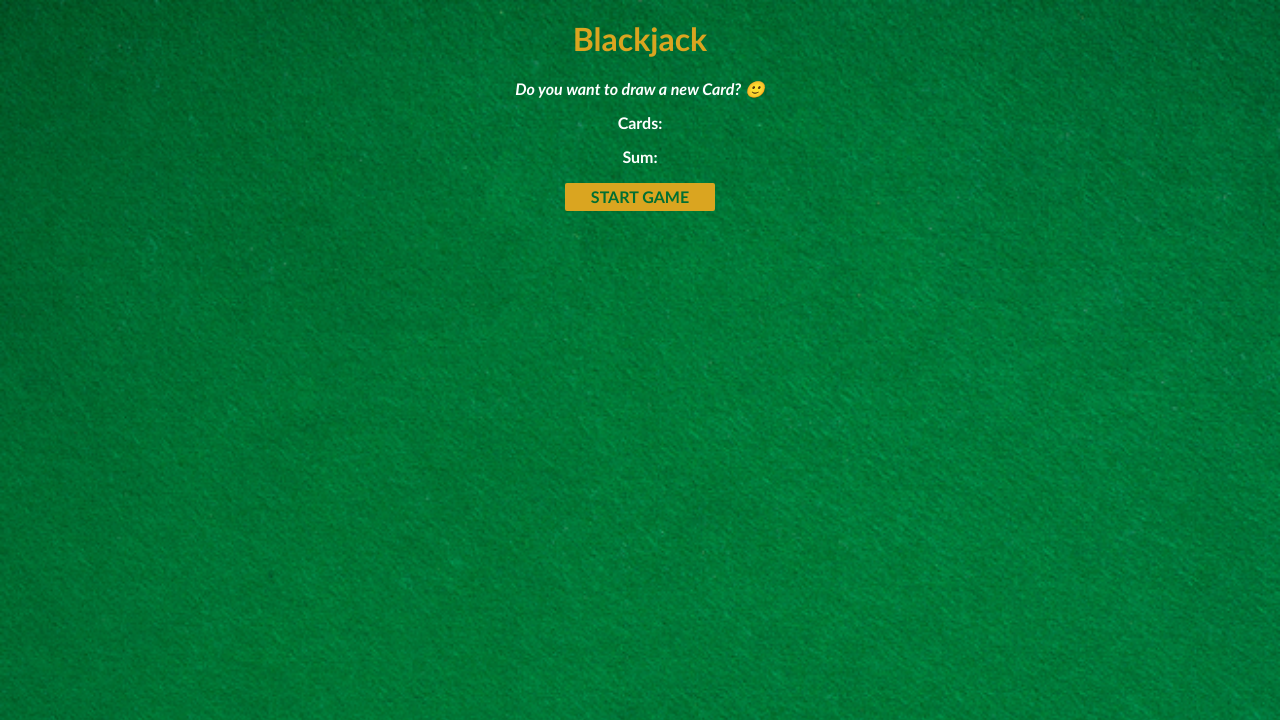
Repository: jt010051/JavaScriptBlackJack
Page: index.html
These files come from the project's save history. The page is drawn as it stood at one moment and after the next save; the edit follows.
The browser window is 1280 px wide. The pictures show the whole page.
After loading, the first visible `button` was clicked once.

Above is the page before, as saved 2022-02-26 18:17:27.

### index.css
/* Complete the CSS styling according to the provided design */

body {
  font-family: 'Trebuchet MS', 'Lucida Sans Unicode', 'Lucida Grande', 'Lucida Sans', Arial, sans-serif;
  background-image: url("images/table.png");
  background-size: cover;
  text-align: center;
  color: white;

  font-weight: bold;

}

h1 {
    color: goldenrod;
}

#message-el {
    font-style: italic;
}
button {
    color: #016f32;
    width: 150px;
    background: goldenrod;
    padding-top: 5px;
    padding-bottom: 5px;
    font-weight: bold;
    border: none;
    border-radius: 2px;
}

### index.js
let firstCard = 10;

let secondCard = 1 ;

let sum = firstCard+secondCard;

let hasBlackJack =false;
let isAlive = true;
let message =""
let messageEl = document.getElementById("message-el")

function startGame(){
    if(sum <= 20){

        message = "Do you want to draw a new Card? 🙂";
        }
        else if (sum === 21){
            message ="Wohoo! You've got Blackjack! 🥳";
        hasBlackJack = true
        }
        else{
            message ="Youre out of the game! 😢";
            isAlive =false;
        }
messageEl.textContent=message
}

Loaded but not shown: index.html (common file)

After the next save:
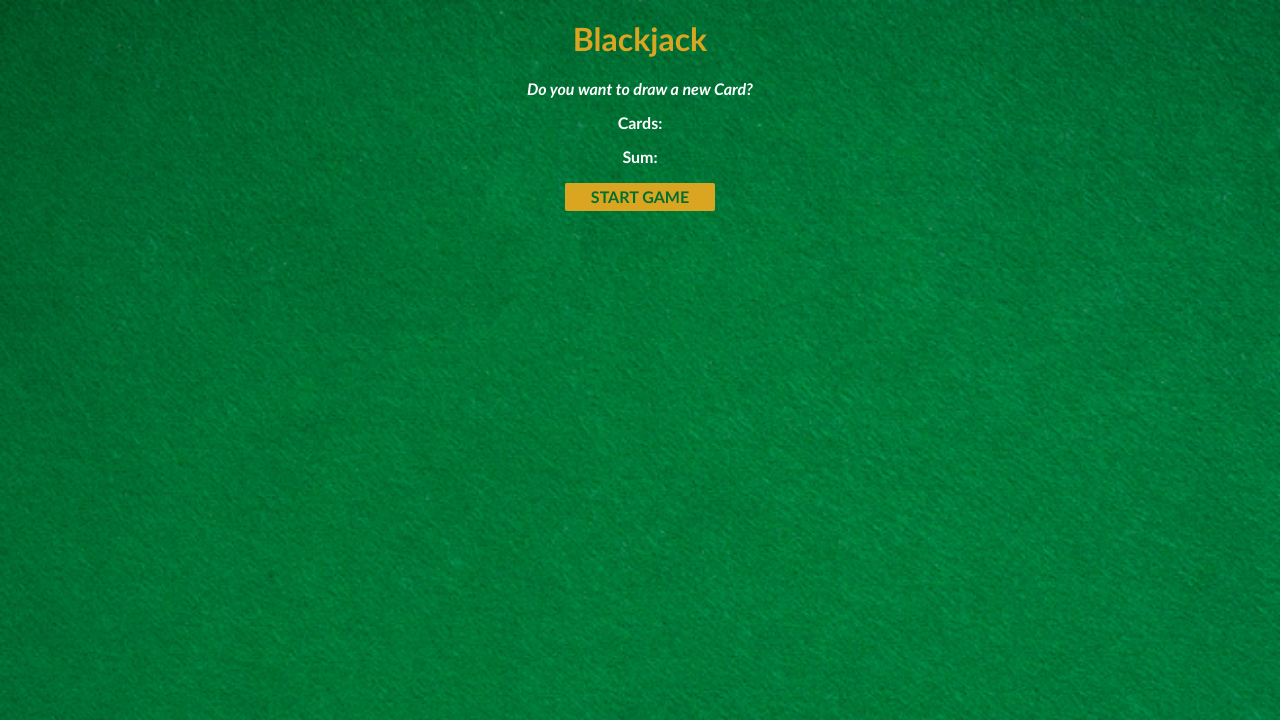
Saved 32 s later.
--- a/index.js
+++ b/index.js
@@ -12,14 +12,14 @@ let messageEl = document.getElementById("message-el")
 function startGame(){
     if(sum <= 20){
 
-        message = "Do you want to draw a new Card? 🙂";
+        message = "Do you want to draw a new Card?";
         }
         else if (sum === 21){
-            message ="Wohoo! You've got Blackjack! 🥳";
+            message ="Wohoo! You've got Blackjack!";
         hasBlackJack = true
         }
         else{
-            message ="Youre out of the game! 😢";
+            message ="Youre out of the game!";
             isAlive =false;
         }
 messageEl.textContent=message
